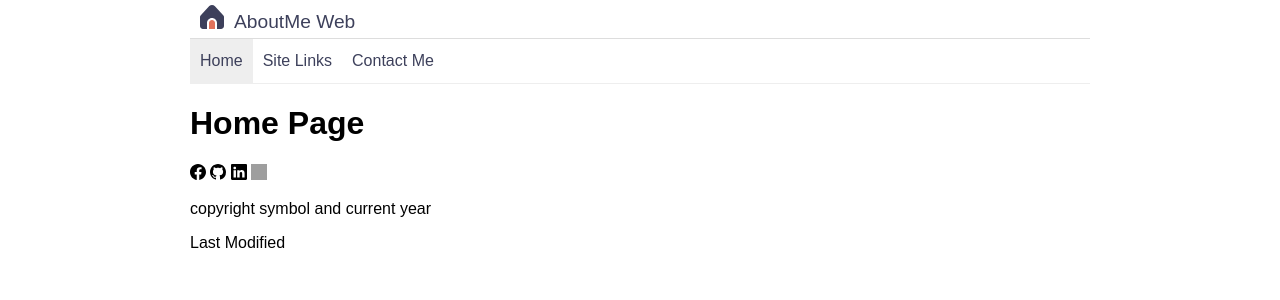
Repository: JoyUdoh106/wdd231
Page: index.html
These files come from the project's save history. The page is drawn as it stood at one moment and after a run of saves; the edit follows.
The browser window is 1280 px wide. The pictures show the whole page.
Pictures or frames that could not be fetched are drawn as grey boxes.

Above is the page before, as saved 2026-01-10 20:16:15.

### index.html
<!DOCTYPE html>
<html lang="en">
<head>
    <meta charset="UTF-8">
    <meta name="viewport" content="width=device-width, initial-scale=1.0">
    <title>Joy Paulinus Udoh Site | Home Page</title>
    <meta name="description" content="My Site">
    <meta name="author" content="Joy Paulinus Udoh">

    <!-- Style Sheets Here -->
    <link rel="stylesheet" href="styles/base.css">
    <link rel="stylesheet" href="styles/larger.css">
    <link rel="stylesheet" href="styles/normalize.css">

</head>
<body>
    <header>
        <img src="images/home.svg" alt="Site Logo" width="512" height="512">
        <span>AboutMe Web</span>
        <button id="ham-btn" class="hamburger"></button>
    </header>
    <nav id="nav-bar" class="navigation">
        <ul>
            <li class="current"><a href="#">Home</a></li>
            <li><a href="#">Site Links</a></li>
            <li><a href="#">Contact Me</a></li>
        </ul>
    </nav>
    <main>
        <h1>Home Page</h1>
    </main>
    <footer>
        <div class="social">
            <a href="" target="_blank"><img src="images/facebook.svg" alt="facebook" width="16" height="16"></a>
            <a href="" target="_blank"><img src="images/github.svg" alt="github" width="16" height="16"></a>
            <a href="" target="_blank"><img src="images/linkedin.svg" alt="" width="16" height="16"></a>
            <a href="" target="_blank"><img src="images/microsoft-teams.svg" alt="" width="16" height="16"></a>
        </div>
        <p>copyright symbol and current year</p>
        <p>Last Modified</p>
    </footer>
    <script src="scripts/navigation.js"></script>
</body>
</html>

### styles/base.css
/* --------- Color Scheme ----------
terra cotta #E2725B
deep slate blue #3D405B,
*/

/********************** SITE WIDE *************************/
* {
    font-family: "Josefin Sans", sans-serif;
    box-sizing: border-box;
}

/********************* HEADER *********************/
header {
    display: grid;
    grid-template-columns: 24px auto 44px;
    padding: 5px 0 5px 10px;
    align-items: end;
    border-bottom: solid 1px #ddd;
    column-gap: 10px;
}

header img {
    display: block;
    width: 100%;
    height: auto;
    padding-bottom: 4px;
}

header span {
    font-size: 1.2rem;
    color: #3D405B;
}

/********************* HAMBURGER *********************/
.hamburger {
    background-color: none;
    border: none;
    font-size: 2rem;
    color: #3D405B;
    cursor: pointer;
    font-family: Verdana, Geneva, Tahoma, sans-serif;
}

.hamburger::before {
    content: "\2630";
}

.hamburger.show::before {
    content: "\00D7";
}

/********************* NAVIGATION *********************/
.navigation {
    display: none;
}

.navigation.show {
    display: block;
}

.navigation ul {
    list-style-type: none;
    margin: 0;
    padding: 0;
}

.navigation a {
    display: block;
    padding: .8rem 10px;
    color: #3D405B;
    text-decoration: none;
    border-bottom: solid 1px #ddd;
}

.navigation li.current {
    background-color: #eee;
}

.navigation a:hover {
    background-color: #E2725B;
}


h1 {
    margin-left: 10px;
}

/************************** FOOTER **************************/
footer {
    background-color: ;
}

### styles/larger.css
@media only screen and (min-width: 38rem) {
    header, main, nav, footer {
        max-width: 900px;
        margin: 0 auto;
    }


    header {
        grid-template-columns: 24px auto;
    }

    .hamburger {
        display: none;
    }


    .navigation {
        display: block;
        border-bottom: solid 1px #eee;
    }

    .navigation ul {
        display: flex;
    }

    .navigation a {
        border: none;
    }

}

### images/home.svg
<?xml version="1.0" encoding="UTF-8"?>
<!-- Generator: Adobe Illustrator 25.0.0, SVG Export Plug-In . SVG Version: 6.00 Build 0)  -->
<svg xmlns="http://www.w3.org/2000/svg" xmlns:xlink="http://www.w3.org/1999/xlink" version="1.1" id="Capa_1" x="0px" y="0px" viewBox="0 0 512 512" style="enable-background:new 0 0 512 512;" xml:space="preserve" width="512" height="512">
	<g>
		<path d="M362.667,383.841v128H448c35.346,0,64-28.654,64-64V253.26c0.005-11.083-4.302-21.733-12.011-29.696l-181.29-195.99    c-31.988-34.61-85.976-36.735-120.586-4.747c-1.644,1.52-3.228,3.103-4.747,4.747L12.395,223.5    C4.453,231.496-0.003,242.31,0,253.58v194.261c0,35.346,28.654,64,64,64h85.333v-128c0.399-58.172,47.366-105.676,104.073-107.044    C312.01,275.383,362.22,323.696,362.667,383.841z" fill="#3D405B"/>
		<path d="M256,319.841c-35.346,0-64,28.654-64,64v128h128v-128C320,348.495,291.346,319.841,256,319.841z" fill="#E2725B"/>
	</g>

</svg>

### scripts/navigation.js
// Store the selected elements that we are going to use
const navbutton = document.querySelector('#ham-btn');
const navlinks = document.querySelector('#nav-bar');

// Toggle the show class off and on
navbutton.addEventListener('click', () => {
    navbutton.classList.toggle('show');
    navlinks.classList.toggle('show');
});

### images/facebook.svg
<svg xmlns="http://www.w3.org/2000/svg" width="16" height="16" fill="currentColor" class="bi bi-facebook" viewBox="0 0 16 16">
  <path d="M16 8.049c0-4.446-3.582-8.05-8-8.05C3.58 0-.002 3.603-.002 8.05c0 4.017 2.926 7.347 6.75 7.951v-5.625h-2.03V8.05H6.75V6.275c0-2.017 1.195-3.131 3.022-3.131.876 0 1.791.157 1.791.157v1.98h-1.009c-.993 0-1.303.621-1.303 1.258v1.51h2.218l-.354 2.326H9.25V16c3.824-.604 6.75-3.934 6.75-7.951"/>
</svg>

### images/github.svg
<svg xmlns="http://www.w3.org/2000/svg" width="16" height="16" fill="currentColor" class="bi bi-github" viewBox="0 0 16 16">
  <path d="M8 0C3.58 0 0 3.58 0 8c0 3.54 2.29 6.53 5.47 7.59.4.07.55-.17.55-.38 0-.19-.01-.82-.01-1.49-2.01.37-2.53-.49-2.69-.94-.09-.23-.48-.94-.82-1.13-.28-.15-.68-.52-.01-.53.63-.01 1.08.58 1.23.82.72 1.21 1.87.87 2.33.66.07-.52.28-.87.51-1.07-1.78-.2-3.64-.89-3.64-3.95 0-.87.31-1.59.82-2.15-.08-.2-.36-1.02.08-2.12 0 0 .67-.21 2.2.82.64-.18 1.32-.27 2-.27s1.36.09 2 .27c1.53-1.04 2.2-.82 2.2-.82.44 1.1.16 1.92.08 2.12.51.56.82 1.27.82 2.15 0 3.07-1.87 3.75-3.65 3.95.29.25.54.73.54 1.48 0 1.07-.01 1.93-.01 2.2 0 .21.15.46.55.38A8.01 8.01 0 0 0 16 8c0-4.42-3.58-8-8-8"/>
</svg>

### images/linkedin.svg
<svg xmlns="http://www.w3.org/2000/svg" width="16" height="16" fill="currentColor" class="bi bi-linkedin" viewBox="0 0 16 16">
  <path d="M0 1.146C0 .513.526 0 1.175 0h13.65C15.474 0 16 .513 16 1.146v13.708c0 .633-.526 1.146-1.175 1.146H1.175C.526 16 0 15.487 0 14.854zm4.943 12.248V6.169H2.542v7.225zm-1.2-8.212c.837 0 1.358-.554 1.358-1.248-.015-.709-.52-1.248-1.342-1.248S2.4 3.226 2.4 3.934c0 .694.521 1.248 1.327 1.248zm4.908 8.212V9.359c0-.216.016-.432.08-.586.173-.431.568-.878 1.232-.878.869 0 1.216.662 1.216 1.634v3.865h2.401V9.25c0-2.22-1.184-3.252-2.764-3.252-1.274 0-1.845.7-2.165 1.193v.025h-.016l.016-.025V6.169h-2.4c.03.678 0 7.225 0 7.225z"/>
</svg>

Loaded but not shown: styles/normalize.css (library)

After the next 2 saves:
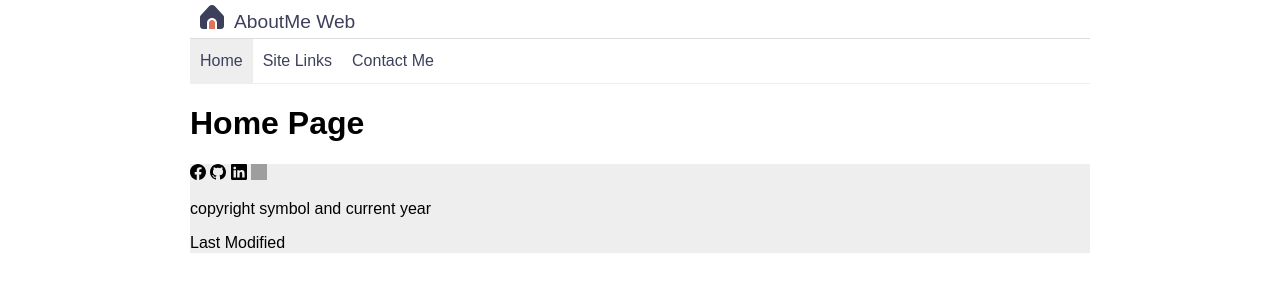
The 2 saves are shown as one change because they came seconds apart.
The last was saved 6 s later.
--- a/styles/base.css
+++ b/styles/base.css
@@ -87,5 +87,6 @@ h1 {
 
 /************************** FOOTER **************************/
 footer {
-    background-color: ;
+    background-color: #eee;
+
 }
